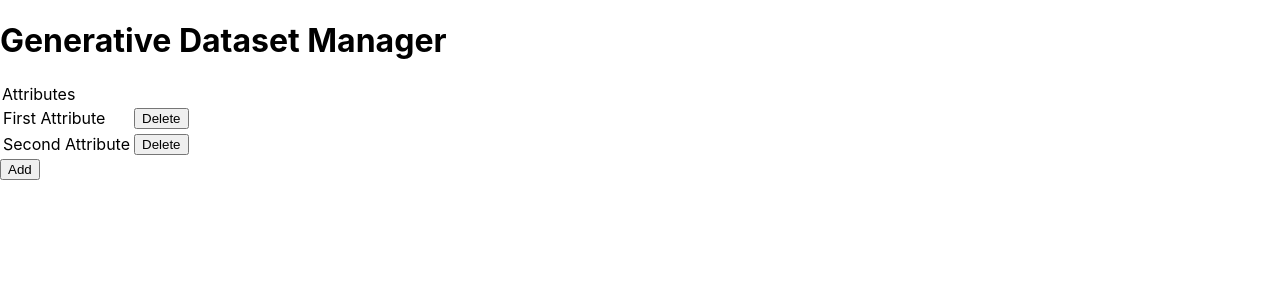
Repository: DaiWelsh/generatrive-ui
Page: /
An editor plug-in stored every save of this project. The page is shown before and after a run of saves, followed by the edit.
The browser window is 1280 px wide. The pictures show the whole page.
The project was rebuilt for these pictures with package versions that can differ from the ones it lists, and the page was loaded fresh each time. Also part of the build but not shown: src/App.css.

Above is the page before, as saved 2021-10-10 12:49:27.

### src/App.js
import './App.css';
import Dataset from './components/Dataset';
import DatasetState from './context/dataset/DatasetState';

function App() {
  console.log('*** App Render ***');

  return (
    <div>
      <h1>Generative Dataset Manager</h1>
      <DatasetState>
        <Dataset />
      </DatasetState>
    </div>
  );
}

export default App;

### src/components/Dataset.js
import React, { useContext, Fragment } from 'react'
import DatasetContext from '../context/dataset/datasetContext'

export default function Dataset() {
  console.log('*** Dataset Render ***');

  const datasetContext = useContext(DatasetContext);
  const attributes = datasetContext.attributes;

  console.log('attributes', attributes);

  const deleteAttribute = (id) => {
    console.log(`delete attribute ${id}`);
  };

  const addAttribute = () => {
    console.log(`add attribute`);
  };

  return (
    <Fragment>
      <table>
        Attributes
        {attributes.map((attr) => (
          <tr key={attr.id}>
            <td>{attr.name}</td>
            <td>
              <button onClick={() => deleteAttribute(attr.id)}>
                Delete
              </button>
            </td>
          </tr>
        ))}
      </table>
      <button onClick={() => addAttribute()}>
        Add
      </button>
    </Fragment>
  );
}

### src/context/dataset/DatasetState.js
import React, { useReducer } from 'react';
import datasetContext from './datasetContext';
import datasetReducer from './datasetReducer';
import initialState from './initialState';
import { ADD_ATTRIBUTE, REMOVE_ATTRIBUTE } from '../types';

const DatasetState = props => {
  console.log('*** DatasetState Render ***');

  const [state, dispatch] = useReducer(datasetReducer, initialState);

  const addAttribute = (payload) => dispatch({ type: ADD_ATTRIBUTE, payload });
  const removeAttribute = (payload) => dispatch({ type: REMOVE_ATTRIBUTE, payload });

  const getAttributes = () => state.attributes;
  const getName = () => state.name;

  return <datasetContext.Provider value={{
    name: state.name,
    attributes: state.attributes,
    getName,
    getAttributes,
    addAttribute,
    removeAttribute,
  }}>
    {props.children}
  </datasetContext.Provider>
}

export default DatasetState;

### src/context/dataset/datasetContext.js
import { createContext } from 'react';

const datasetContext = createContext();

export default datasetContext;

### src/context/dataset/datasetReducer.js
import { ADD_ATTRIBUTE, REMOVE_ATTRIBUTE } from '../types';

const reducer = (state, action) => {
  console.log('datasetReducer', state, action);
  switch (action.type) {
    default:
      return state;
  }
}

export default reducer;

### src/context/dataset/initialState.js
const initialState = {
  name: 'test dataset',
  attributes: [
    {
      id: 'hashvalueattr1',
      name: 'First Attribute',
      values: [
        {
          id: 'hashvalue1',
          name: 'First attr value a',
          category: false,
          fileName: 'first/a.jpg',
          probability: 0.7,
        },
        {
          id: 'hashvalue2',
          name: 'First attr value b',
          category: false,
          fileName: 'first/b.jpg',
          probability: 0.3,
        },
      ],
    },
    {
      id: 'hashvalueattr2',
      name: 'Second Attribute',
      values: [
        {
          id: 'hashvalue3',
          name: 'Second attr value 1',
          category: false,
          fileName: 'second/1.jpg',
          probability: 0.1,
        },
        {
          id: 'hashvalue4',
          name: 'Second attr category 1',
          category: true,
          fileName: null,
          probability: 0.9,
          values: [
            {
              id: 'hashvalue5',
              name: 'Second attr cat 1 value 1',
              category: false,
              fileName: 'second/1/1.jpg',
              probability: 0.6,
            },
            {
              id: 'hashvalue6',
              name: 'Second attr cat 1 value 2',
              category: false,
              fileName: 'second/1/2.jpg',
              probability: 0.4,
            },
          ]
        },
      ],
    },
  ],
};

export default initialState;

### src/context/types.js
// dataset state
export const ADD_ATTRIBUTE = 'ADD_ATTRIBUTE';
export const REMOVE_ATTRIBUTE = 'REMOVE_ATTRIBUTE';

Loaded but not shown: public/index.html (common file); src/index.js (common file); src/index.css (common file); src/reportWebVitals.js (common file)

After the next 3 saves:
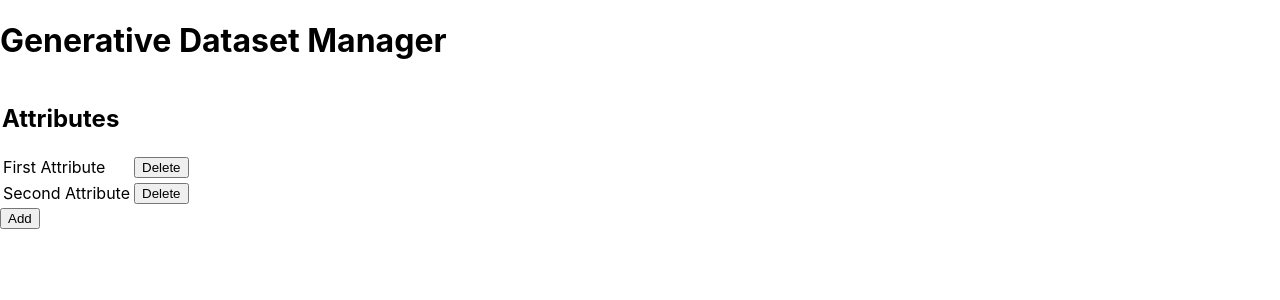
The 3 saves are shown as one change because 1 did not build or start and some came seconds apart.
The last was saved 15 s later.
--- a/src/components/Dataset.js
+++ b/src/components/Dataset.js
@@ -20,7 +20,7 @@ export default function Dataset() {
   return (
     <Fragment>
       <table>
-        Attributes
+        <h2>Attributes</h2>
         {attributes.map((attr) => (
           <tr key={attr.id}>
             <td>{attr.name}</td>
